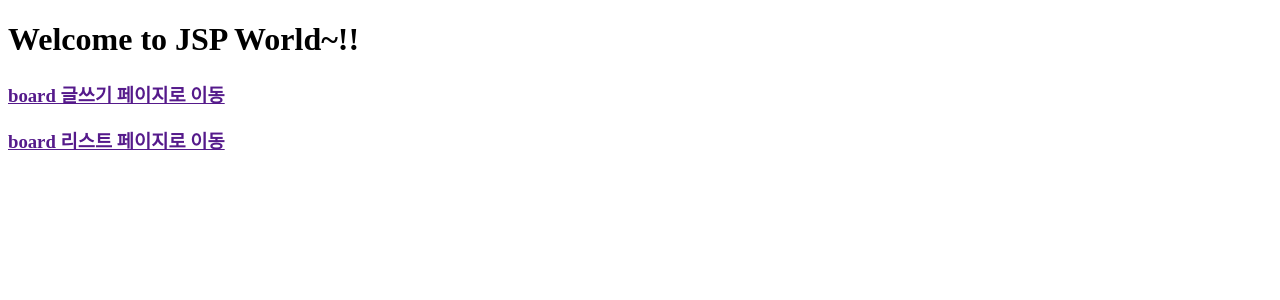
Repository: csk3830/jsp
Page: http://localhost/jsp_study/
An editor plug-in stored every save of this project. The page is shown before and after the next save, followed by the edit.
The browser window is 1280 px wide. The pictures show the whole page.
The page is served by Tomcat 9.

Above is the page before, as saved 2024-10-22 04:13:37.

After the next save:
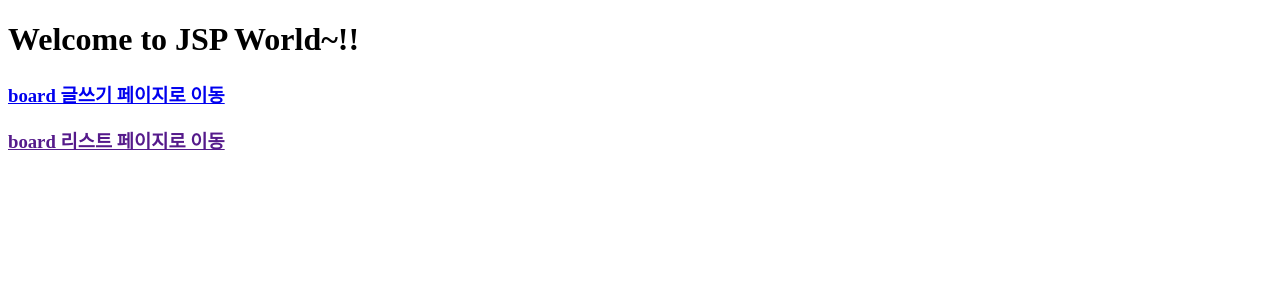
Saved 28 s later.
--- a/jsp_study/src/main/webapp/index.jsp
+++ b/jsp_study/src/main/webapp/index.jsp
@@ -10,7 +10,7 @@
 	<h1>Welcome to JSP World~!!</h1>
 
 	<!-- jsp의 모든 경로는 controller로 이동하게 해야 함. -->
-	<h3><a href="">board 글쓰기 페이지로 이동</a></h3>
+	<h3><a href="/brd/register">board 글쓰기 페이지로 이동</a></h3>
 	<h3><a href="">board 리스트 페이지로 이동</a></h3>
 </body>
 </html>
